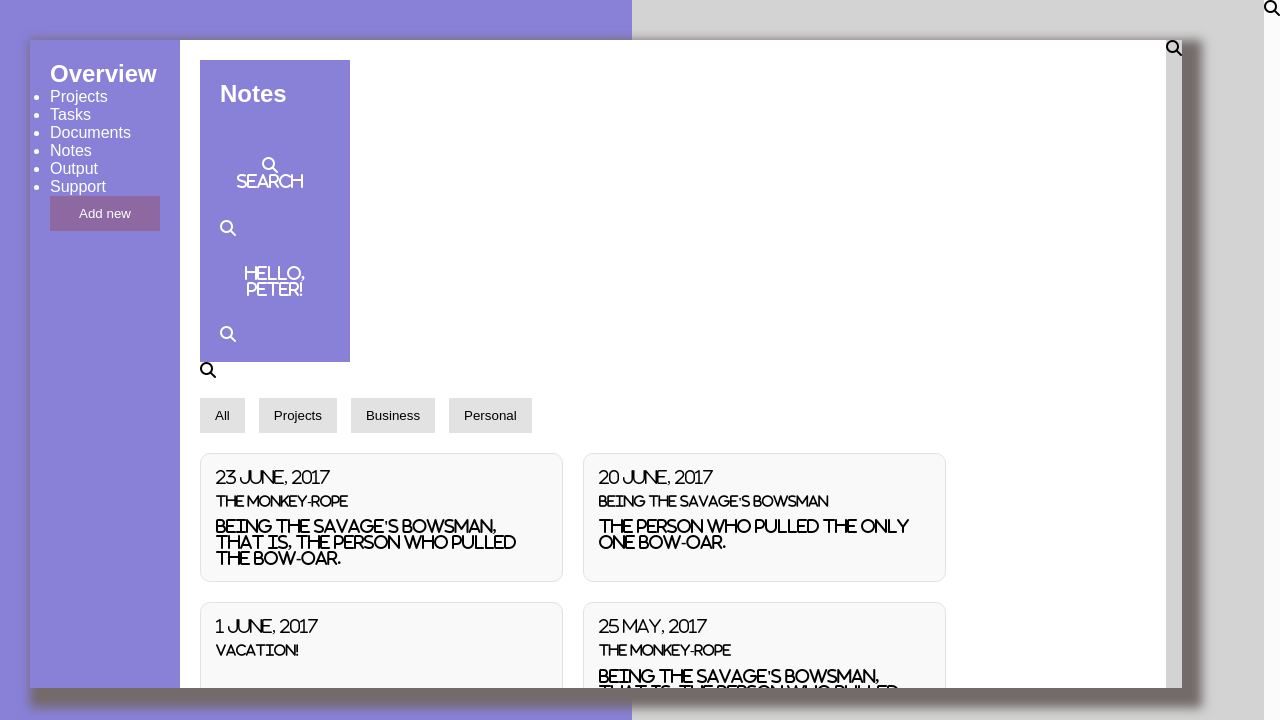
Repository: SatenikGabrielyan/HTML_CSS-_Assignment
Page: index.html
The author's editor kept a copy of each file at every save. The page is drawn from the files as they stood at one save, then again after the next save.
The browser window is 1280 px wide. The pictures show the whole page.
An inner scrolling area shows only its first screen. Some web libraries are served in a nearby version.

Above is the page before, as saved 2025-03-17 20:30:10.

### index.html
<!DOCTYPE html>
<html lang="en">
  <head>
    <meta charset="UTF-8" />
    <meta name="viewport" content="width=device-width, initial-scale=1.0" />
    <title>Notes App</title>
    <link rel="stylesheet" href="./style.css" />
    <!-- Include Font Awesome for icons -->
    <!-- <link href="https://cdnjs.cloudflare.com/ajax/libs/font-awesome/6.0.0-beta3/css/all.min.css" rel="stylesheet"/> -->
    <script src="https://kit.fontawesome.com/858d305f19.js" crossorigin="anonymous"></script>
</head>
  <body>

      <div class="cont">
          <div class="purp"></div>
          <div class="whit"></div>
      </div>
    <div class="container">
<!--
      <nav class="sidebar">
        <div class="sidebar-header">
          <h2>Notes</h2>
        </div>
        <ul class="sidebar-list">
          <li><i class="fas fa-home"></i> Home</li>
          <li><i class="fas fa-search"></i> Search</li>
          <li><i class="fas fa-bell"></i> Notifications</li>
        </ul>
      </nav>

      <main class="main-content">
        <header>
          <div class="header-left">
            <p>Hello, Peter!</p>
          </div>
          <div class="header-right">
            <i class="fas fa-bell"></i>
            <button class="add-note-btn">
              <i class="fas fa-plus"></i> Add New Note
            </button>
          </div>
        </header>
        <section class="notes-grid">

          <div class="note-item image-note">
            <img src="https://via.placeholder.com/150" alt="Note Image" />
          </div>

          <div class="note-item text-note">
            <p>Sample text note content...</p>
          </div>

          <div class="note-item mixed-note">
            <img src="https://via.placeholder.com/150" alt="Note Image" />
            <p>Sample mixed note content...</p>
          </div>
        </section>
      </main> -->
      <aside class="sidebar">
        <header>
            <h2>Overview</h2>
        </header>
        <nav>
            <ul>
                <li>Projects</li>
                <li>Tasks</li>
                <li>Documents</li>
                <li>Notes</li>
                <li>Output</li>
                <li>Support</li>
            </ul>
        </nav>
        <button class="add-new">Add new</button>
    </aside>

    <main class="main-content">
       <!-- <div class="header">
            <input type="text" placeholder="Search"><i class="fas fa-search"></i>
            <h3>Hello, Peter!</h3>
    </div>  -->
         <nav class="sidebar">
             <div class="sidebar-header">
              <h2>Notes</h2>
            </div>
            <ul class="sidebar-list">
            <li class="about"><a href="#search"><i class="fas fa-search"> Search</a></li>
            <li class="about" style="float:right"><a class="active" href="#about">Hello, Peter!</a></li>
            </ul>
          </nav>

        <div class="tabs">
            <button>All</button>
            <button>Projects</button>
            <button>Business</button>
            <button>Personal</button>
        </div>
        <div class="notes-grid">
            <div class="note-card">
                <h4>23 June, 2017</h4>
                <h5>The monkey-rope</h5>
                <p>Being the savage's bowsman, that is, the person who pulled the bow-oar.</p>
            </div>
            <div class="note-card">
                <h4>20 June, 2017</h4>
                <h5>Being the savage's bowsman</h5>
                <p>The person who pulled the only one bow-oar.</p>
            </div>
            <div class="note-card">
                <h4>1 June, 2017</h4>
                <h5>Vacation!</h5>
            </div>
            <div class="note-card">
                <h4>25 May, 2017</h4>
                <h5>The monkey-rope</h5>
                <p>Being the savage's bowsman, that is, the person who pulled the bow-oar.</p>
            </div>
            <div class="note-card">
                <h4>20 May, 2017</h4>
                <h5>New workplace</h5>
            </div>
            <div class="note-card">
                <h4>5 May, 2017</h4>
                <h5>That is, the person</h5>
                <p>Being the savage.</p>
            </div>
        </div>
    </main>
    </div>

  </body>
</html>

### style.css
/* CSS Variables for Colors */
:root {
    --bg-color: #fbfbfb;
    --primary-color: #8981d8;
    --secondary-color: #d0d0d0;
    --text-color: #858499;
    --highlight-color: #7f77cc;
    --hover-color: rgba(137, 129, 216, 0.5);
  }


  * {
    margin: 0;
    padding: 0;
    box-sizing: border-box;
  }

  body {
    font-family: Arial, sans-serif;
    background-color: var(--bg-color);
    display: flex;
    height: 100vh;
  }
  .wrapper{
    position: relative;
  }
  .cont{
      display: flex;
      width: 100%;
      position: relative;
      z-index: -1;
      border-radius: 10px;
  }
.purp {
    width: 50%;
    background-color: var(--primary-color);
    flex-direction: row;
}
.whit {
    width: 50%;
    background-color: lightgray;
    flex-direction: row;
}
  .container {
    display: flex;
    width: 90%;
    height: 90%;

    box-shadow: 10px 10px 10px 10px rgb(116, 106, 106);
    margin-left: 30px;
    margin-right: 30px;
    margin-top: 40px;
    margin-bottom: 80px;
    background: center;
    position: absolute;
    z-index: 2;
  }

   .sidebar {
    width: 150px;
    background-color: var(--primary-color);
    color: #fff;
    display: flex;
    flex-direction: column;
    padding: 20px;
  }

  .main-content li {
    float: left;
  }

  .main-content li a {
    display: block;
    color: white;
    text-align: center;
    padding: 14px 16px;
    text-decoration: none;
  }

  .main-content li a:hover:not(.active) {
    background-color: #111;
  }

  .sidebar-header h2 {
    margin-bottom: 20px;
  }

  .sidebar-list {
    list-style: none;
  }

  .sidebar-list li {
    margin: 15px 0;
    display: flex;
    align-items: center;
    cursor: pointer;
  }

  .sidebar-list li i {
    margin-right: 10px;
  }

  .main-content {
    background-color: white;
    width: 200px;
    flex-grow: 1;
    padding: 20px;
    overflow-y: auto;
  }

  /* header {
    display: flex;
    justify-content: space-between;
    align-items: center;
    margin-bottom: 20px;
  }
  /*
  .header-left p {
    font-size: 1.2em;
    color: var(--text-color);
  }

  .header-right {
    display: flex;
    align-items: center;
  }

  .header-right i {
    margin-right: 20px;
    cursor: pointer;
  }

  .add-note-btn {
    background-color: var(--primary-color);
    color: #fff;
    border: none;
    padding: 10px 20px;
    cursor: pointer;
    display: flex;
    align-items: center;
  }

  .add-note-btn i {
    margin-right: 10px;
  }


  .notes-grid {
    display: grid;
    grid-template-columns: repeat(auto-fill, minmax(300px, 1fr));
    gap: 20px;
  }

  .note-item {
    background-color: #fff;
    border-radius: 8px;
    box-shadow: 0 2px 4px rgba(0, 0, 0, 0.1);
    overflow: hidden;
    display: flex;
    flex-direction: column;
    padding: 20px;
  }

  .note-item img {
    width: 100%;
    height: auto;
    border-radius: 8px;
    margin-bottom: 15px;
  }

  .note-item p {
    color: var(--text-color);
    font-size: 1em;
    line-height: 1.5;
  }


  .sidebar-list li:hover {
    background-color: var(--highlight-color);
    transition: background-color 0.3s ease;
  }


  @media (max-width: 768px) {
    .container {
      flex-direction: column;
    }

    .sidebar {
      width: 100%;
      flex-direction: row;
      justify-content: space-around;
      padding: 10px;
    }

    .sidebar-list {
      display: flex;
      flex-direction: row;
      gap: 15px;
    }

    .sidebar-list li {
      margin: 0;
    }

    .main-content {
      padding: 10px;
    }

    header {
      flex-direction: column;
      align-items: flex-start;
    }

    .header-right {
      margin-top: 10px;
    }

    .notes-grid {
      grid-template-columns: 1fr;
    }

    .note-item {
      padding: 10px;
    }

    .note-item img {
      margin-bottom: 10px;
    }
  } */
  /* .sidebar {
    background-color: #5e4b9a;
    color: white;
    width: 300px;
    padding: 20px;
} */

/* .sidebar header {
    font-size: 24px;
}

.sidebar nav ul {
    list-style: none;
    padding: 0;
}

.sidebar nav ul li {
    margin: 15px 0;
} */

.add-new {
    background-color: #8e68a0;
    color: white;
    border: none;
    padding: 10px;
    cursor: pointer;
}

.main-content {
    flex: 1;
    padding: 20px;
    background-color: white;
}

.header {
    display: flex;
    justify-content: space-between;
    align-items: center;
}

.header input {
    padding: 10px;
    width: 70%;
}

.header h3 {
    margin: 0;
}

.tabs {
    margin: 20px 0;
}

.tabs button {
    margin-right: 10px;
    padding: 10px 15px;
    border: none;
    background-color: #e2e2e2;
    cursor: pointer;
}

.notes-grid {
    display: grid;
    grid-template-columns: repeat(auto-fill, minmax(240px, 1fr));
    gap: 20px;
}

.note-card {
    border: 1px solid #e2e2e2;
    border-radius: 10px;
    padding: 15px;
    background-color: #f9f9f9;
}

.note-card h4 {
    margin: 0;
    font-weight: normal;
}

.note-card h5 {
    margin: 10px 0;
}

After the next save:
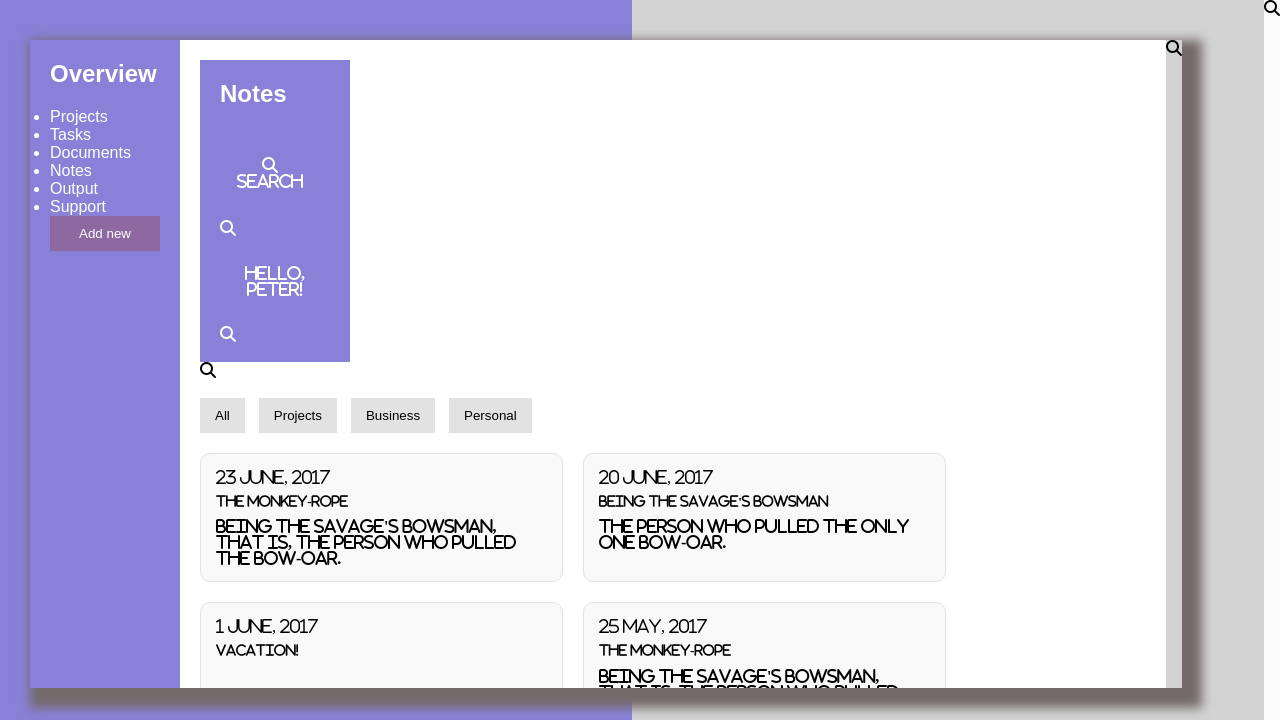
Saved 5 s later.
--- a/style.css
+++ b/style.css
@@ -108,7 +108,7 @@
     overflow-y: auto;
   }
 
-  /* header {
+   header {
     display: flex;
     justify-content: space-between;
     align-items: center;
